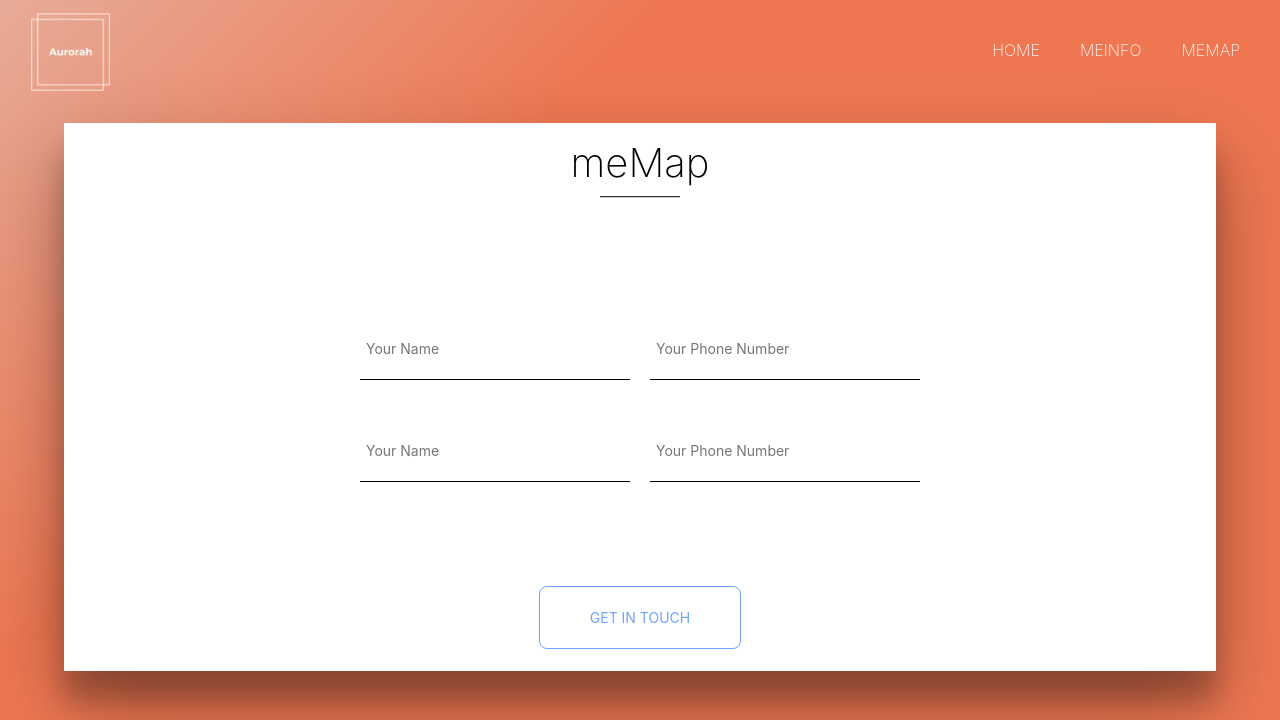
Repository: aasirvalji/saferMe
Page: /alt
An editor plug-in stored every save of this project. The page is shown before and after the next save, followed by the edit.
The browser window is 1280 px wide. The pictures show the whole page.
An inner scrolling area shows only its first screen. The project was rebuilt for these pictures with package versions that can differ from the ones it lists, and the page was loaded fresh each time. Also part of the build but not shown: src/components/Landing.js, src/styles/Services.css, src/components/Services.js, src/styles/MapDisplay.css, src/mapStyles.js, src/components/MapDisplay.js, src/styles/AboutDisplay.css, src/components/AboutDisplay.js and 1 more.

Above is the page before, as saved 2020-02-15 12:58:45.

After the next save:
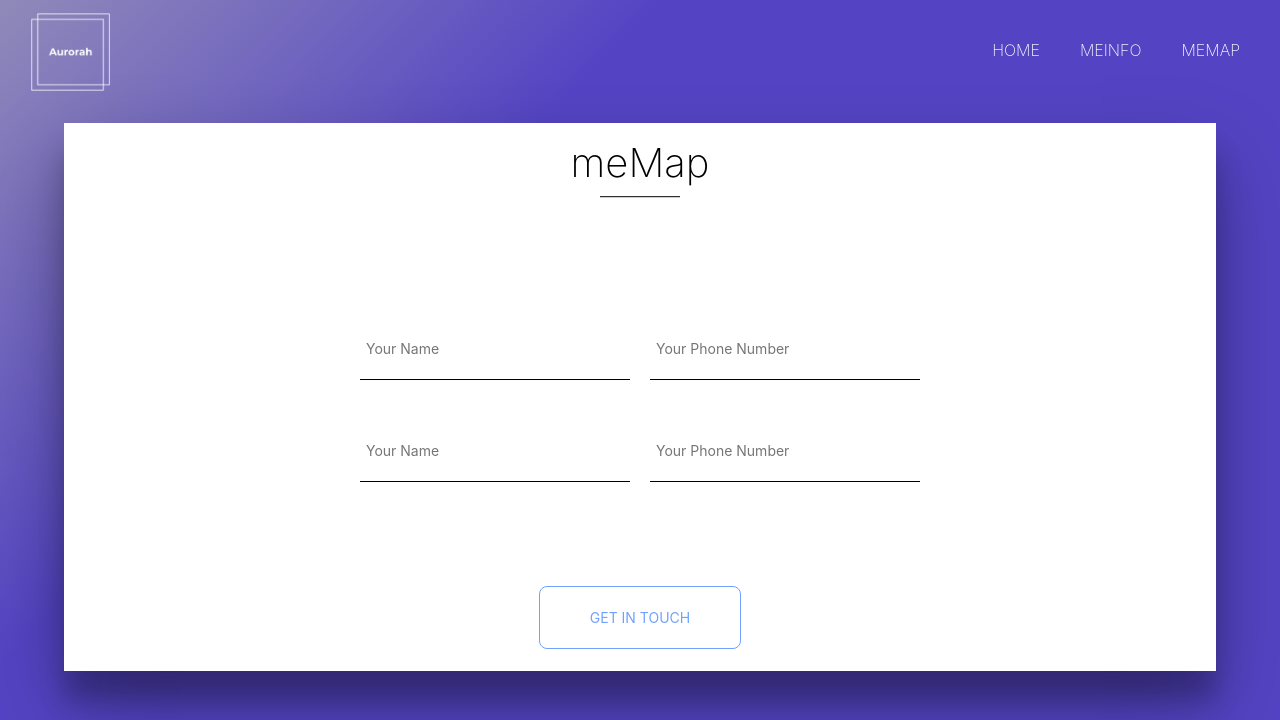
Saved 3 min 18 s later.
--- a/src/App.css
+++ b/src/App.css
@@ -45,7 +45,7 @@
 }
 
 .map-background{
-    background: linear-gradient(-45deg, #5444c4, #5444c4,#5444c4, #908ab9);
+    background: linear-gradient(-45deg, #ee7752, #ee7752,#ee7752, #e7ab98);
     height: 100vh;
 }
 
@@ -55,6 +55,6 @@
 }
 
 .alt-background{
-    background: linear-gradient(-45deg, #ee7752, #ee7752,#ee7752, #e7ab98);
+    background: linear-gradient(-45deg, #5444c4, #5444c4,#5444c4, #908ab9);
     height: 100vh;
 }
